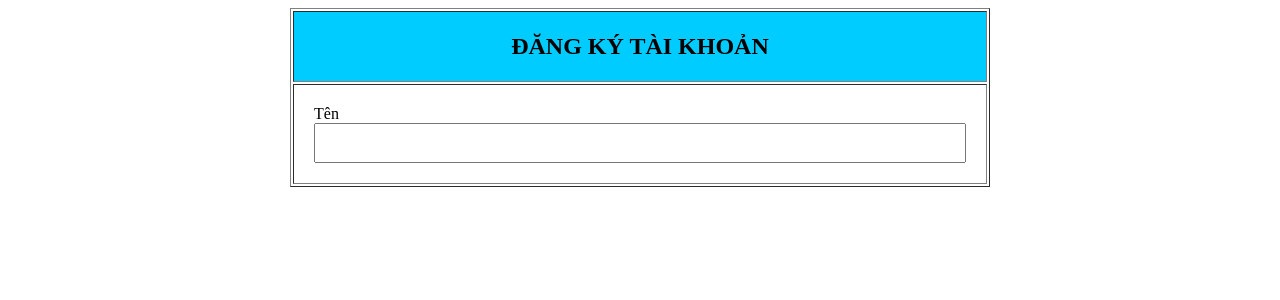
Repository: Tan-Khang21/TH_TKW--Buoi_04
Page: Bai_Tap_Ve_Nha/Bai_01/form7.html
The author's editor kept a copy of each file at every save. The page is drawn from the files as they stood at one save, then again after the next save.
The browser window is 1280 px wide. The pictures show the whole page.

Above is the page before, as saved 2024-03-07 15:54:11.

After the next save:
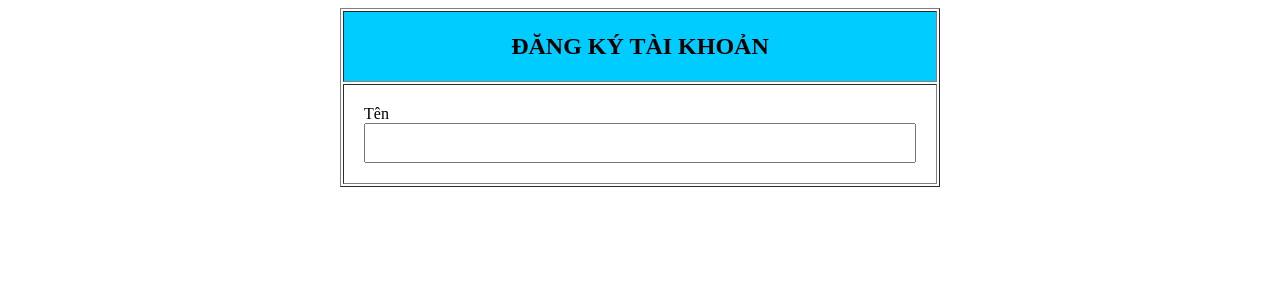
Saved 19 s later.
--- a/Bai_Tap_Ve_Nha/Bai_01/form7.html
+++ b/Bai_Tap_Ve_Nha/Bai_01/form7.html
@@ -6,8 +6,8 @@
     <title>Document</title>
   </head>
   <body>
-    <form style="width: 700px; margin: 0 auto">
-      <table border="1px" style="width: 700px">
+    <form style="width: 600px; margin: 0 auto">
+      <table border="1px" style="width: 600px">
         <tr>
           <th bgcolor="#00ccff">
             <h2 style="text-transform: uppercase">Đăng Ký Tài Khoản</h2>
